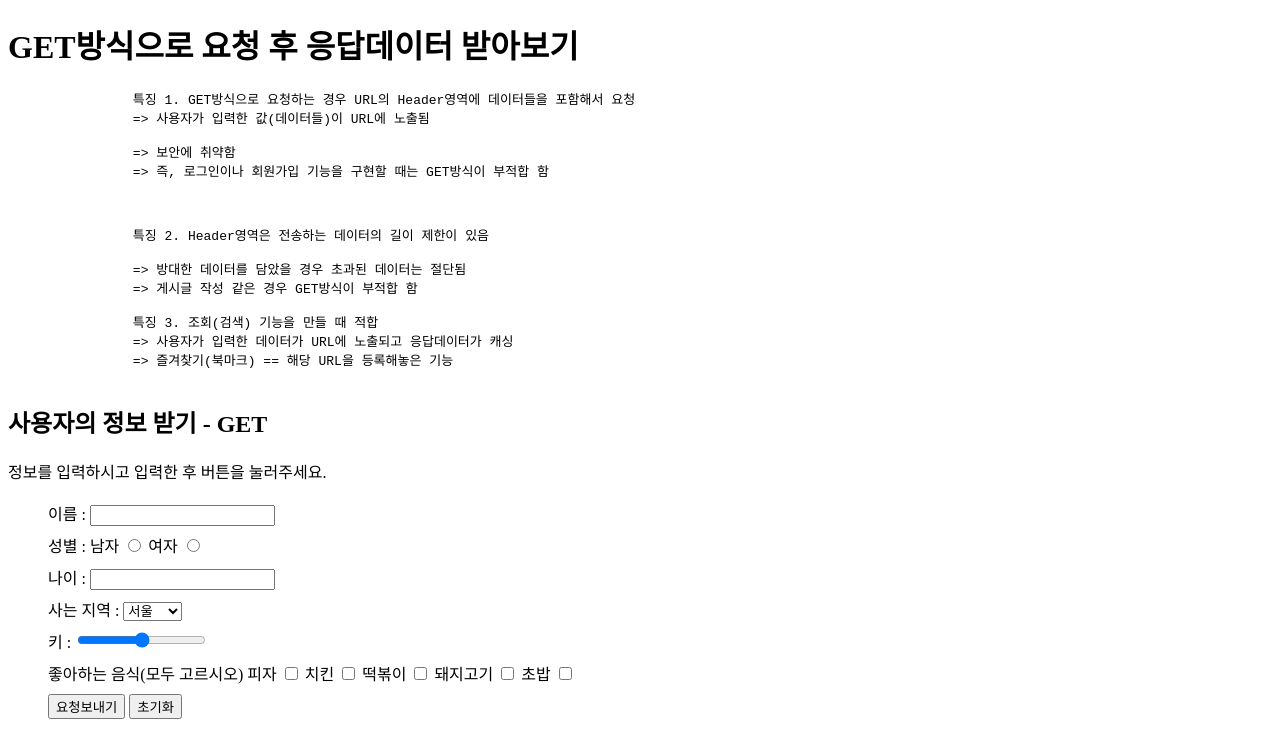
Repository: MiadongDeersfeet/webservice
Page: MyFirstWebProject/src/main/webapp/views/request_get.html
The author's editor kept a copy of each file at every save. The page is drawn from the files as they stood at one save, then again after the next save.
The browser window is 1280 px wide. The pictures show the whole page.

Above is the page before, as saved 2025-09-23 01:14:19.

### MyFirstWebProject/src/main/webapp/views/request_get.html
<!DOCTYPE html>
<html>
<head>
<meta charset="UTF-8">
<title>Get 방식 요청 테스트</title>
<style>
	ul {
		list-style: none;
		line-height: 200%;
	}
</style>
</head>
<body>
	<h1>GET방식으로 요청 후 응답데이터 받아보기</h1>

	<pre>
		특징 1. GET방식으로 요청하는 경우 URL의 Header영역에 데이터들을 포함해서 요청
		=> 사용자가 입력한 값(데이터들)이 URL에 노출됨 <br>
		=> 보안에 취약함
		=> 즉, 로그인이나 회원가입 기능을 구현할 때는 GET방식이 부적합 함 <br><br>

		특징 2. Header영역은 전송하는 데이터의 길이 제한이 있음 <br>
		=> 방대한 데이터를 담았을 경우 초과된 데이터는 절단됨
		=> 게시글 작성 같은 경우 GET방식이 부적합 함

		특징 3. 조회(검색) 기능을 만들 때 적합
		=> 사용자가 입력한 데이터가 URL에 노출되고 응답데이터가 캐싱
		=> 즐겨찾기(북마크) == 해당 URL을 등록해놓은 기능
	</pre>

	<h2> 사용자의 정보 받기 - GET </h2>
	<p>정보를 입력하시고 입력한 후 버튼을 눌러주세요.</p>

	<!--
		form태그 안에 존재하는 submit 버튼을 클릭했을 때
		form태그의 속성 중 action 속성에 작성된 URL로 요청이 감!!
		Controller에게 요청을 보낸다!(Servlet)

		http://127.0.0.1:4000/first/서블릿매핑값.do

		action="" 에 http://127.0.0.1:4000 생략하고 /first 만 가능

	 -->
	<form method="get" action="/first/get.do">
		<ul>
			<li>
				이름 : <input type="text" name="name" maxlength="5" />
			</li>
			<li>
				성별 :
				남자 <input type="radio" name="gender" value="남" />
				여자 <input type="radio" name="gender" value="여" />
			</li>
			<li>
				나이 : <input type="number" name="age" />
			</li>
			<li>
				사는 지역 :
				<select name="city">
				<option>서울</option>
				<option>제주도</option>
				</select>
			</li>
			<li>
				키 : <input type="range" min="130" max="220" name="height" />
			</li>
			<li>
				좋아하는 음식(모두 고르시오)
				피자 <input type="checkbox" name="food" value="피자" />
				치킨 <input type="checkbox" name="food" value="치킨" />
				떡볶이 <input type="checkbox" name="food" value="떡볶이" />
				돼지고기 <input type="checkbox" name="food" value="돼지고기" />
				초밥 <input type="checkbox" name="food" value="초밥" />
			</li>
			<li>
				<input type="submit" value="요청보내기" />
				<input type="reset" value="초기화" />
			</li>
		</ul>
	</form>
</body>
</html>

After the next save:
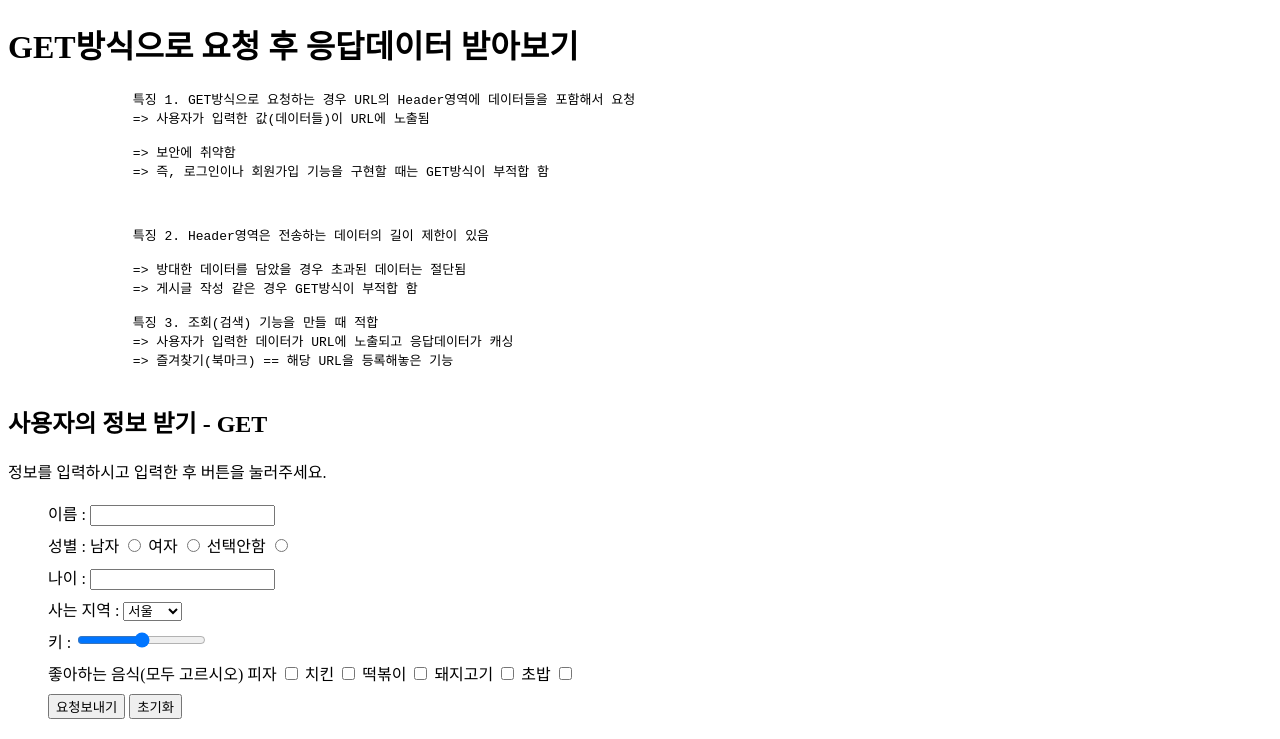
Saved 81 s later.
--- a/MyFirstWebProject/src/main/webapp/views/request_get.html
+++ b/MyFirstWebProject/src/main/webapp/views/request_get.html
@@ -50,6 +50,8 @@
 				성별 :
 				남자 <input type="radio" name="gender" value="남" />
 				여자 <input type="radio" name="gender" value="여" />
+				선택안함 <input type="radio" name="gender" value="선택안함" />
+
 			</li>
 			<li>
 				나이 : <input type="number" name="age" />
